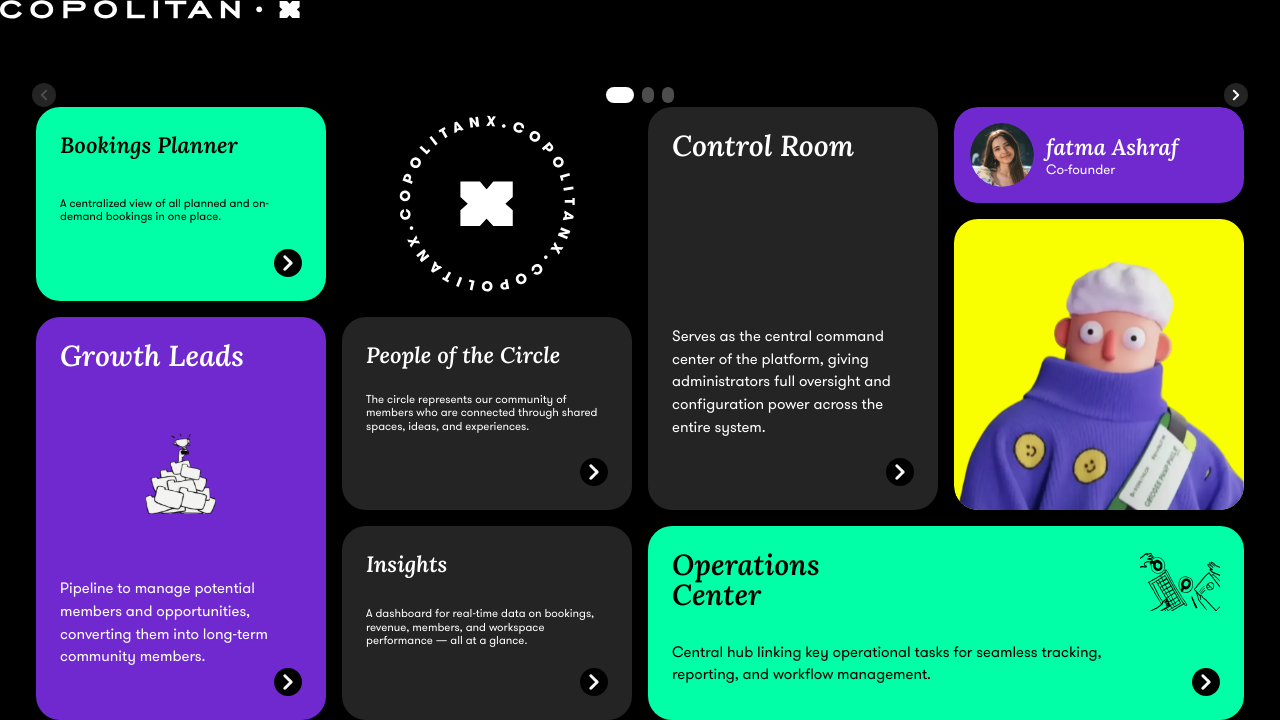
Repository: mohameddtalal/Copolitan-X
Page: /dashboard
The author's editor kept a copy of each file at every save. The page is drawn from the files as they stood at one save, then again after the next save.
The browser window is 1280 px wide. The pictures show the whole page.
The project was rebuilt for these pictures with package versions that can differ from the ones it lists, and the page was loaded fresh each time. The framework's server and built-in components were replaced by stand-ins that run in the browser. Also part of the build but not shown: next.config.ts.

Above is the page before, as saved 2026-02-10 14:46:45.

### src/app/layout.tsx
import type { Metadata } from "next";
import { Geist, Geist_Mono } from "next/font/google";
import "./globals.css";
import Navbar from "@/components/Navbars/NavbarDynamic";
import { NavProvider } from "@/components/Context/Navcontext";

const geistSans = Geist({
  variable: "--font-geist-sans",
  subsets: ["latin"],
});

const geistMono = Geist_Mono({
  variable: "--font-geist-mono",
  subsets: ["latin"],
});

export const metadata: Metadata = {
  title: "Create Next App",
  description: "Generated by create next app",
};

export default function RootLayout({
  children,
}: Readonly<{
  children: React.ReactNode;
}>) {
  return (
    <html lang="en">
      <body
        className={`${geistSans.variable} ${geistMono.variable} antialiased  w-full flex flex-col m-0 p-0`}
      >

        <NavProvider>
          <div className="flex-shrink-0">
            <Navbar />
          </div>
          <div className="flex-1 overflow-auto w-full">
            {children}
          </div>
        </NavProvider>

      </body>
    </html>
  );
}

### src/app/(pages)/dashboard/page.tsx

'use client';

import BentoGrid from "@/components/BentoGrid/BentoGrid";





export default function DashboardPage() {
  return (
      <>
        <BentoGrid/>
      </>
  );
}

### src/app/globals.css
@import "tailwindcss";



:root {
  --background: #000000;
  --foreground: #ffffff;
  --green: #00ffa6;
}



@theme inline {
  --color-background: var(--background);
  --color-foreground: var(--foreground);
}

@media (prefers-color-scheme: dark) {
  :root {
    --background: #000000;
    --foreground: #ffffff;
  }
}

/* GT Walsheim */
@font-face {
  font-family: "GT Walsheim";
  src: url("/fonts/GT-Walsheim-Pro-Light.ttf") format("truetype");
  font-weight: 300;
  font-style: normal;
  font-display: swap;
}

@font-face {
  font-family: "GT Walsheim";
  src: url("/fonts/GT-Walsheim-Pro-Regular.ttf") format("truetype");
  font-weight: 400;
  font-style: normal;
  font-display: swap;
}

@font-face {
  font-family: "GT Walsheim";
  src: url("/fonts/GT-Walsheim-Pro-Medium.ttf") format("truetype");
  font-weight: 500;
  font-style: normal;
  font-display: swap;
}

@font-face {
  font-family: "GT Walsheim";
  src: url("/fonts/GT-Walsheim-Pro-Bold.ttf") format("truetype");
  font-weight: 700;
  font-style: normal;
  font-display: swap;
}

@font-face {
  font-family: "GT Walsheim";
  src: url("/fonts/GT-Walsheim-Pro-Ultra-Bold.ttf") format("truetype");
  font-weight: 800;
  font-style: normal;
  font-display: swap;
}

@font-face {
  font-family: "GT Walsheim";
  src: url("/fonts/GT-Walsheim-Pro-Ultra-Bold-Oblique.ttf") format("truetype");
  font-weight: 800;
  font-style: italic;
  font-display: swap;
}

@font-face {
  font-family: "Lora";
  src: url("/fonts/Lora-Italic.ttf") format("truetype");
  font-weight: 400;
  font-style: italic;
  font-display: swap;
}

@font-face {
  font-family: "Lora";
  src: url("/fonts/Lora-MediumItalic.ttf") format("truetype");
  font-weight: 500;
  font-style: italic;
  font-display: swap;
}

@font-face {
  font-family: "Lora";
  src: url("/fonts/Lora-SemiBoldItalic.ttf") format("truetype");
  font-weight: 600;
  font-style: italic;
  font-display: swap;
}

@font-face {
  font-family: "Lora";
  src: url("/fonts/Lora-BoldItalic.ttf") format("truetype");
  font-weight: 700;
  font-style: italic;
  font-display: swap;
}

body {
  background: var(--background);
  color: var(--foreground);
  font-family:
    "GT Walsheim",
    "Lora",
}

.font-gtwalsheim {
  font-family: "GT Walsheim";
  font-weight: 400;
}

.font-lora {
  font-family: "Lora";
}

.lora-semibold-italic {
  font-family: "Lora";
  font-weight: 600;
  font-style: italic;
}



.title-lg {
  font-size: clamp(1.125rem, 0.8571rem + 1.1905vw, 2rem);
  line-height: 30px;
}

.desc-lg {
  font-size: clamp(0.75rem, 0.6735rem + 0.3401vw, 1rem);
}

.title-md {
  font-size: clamp(1rem, 0.8469rem + 0.6803vw, 1.5rem);
  line-height: clamp(1.375rem, 1.1837rem + 0.8503vw, 2rem);
}

.desc-md {
  font-size: clamp(0.75rem, 0.7117rem + 0.1701vw, 0.875rem);
  line-height: clamp(0.75rem, 0.7117rem + 0.1701vw, 0.875rem);
}

.title-sm {
  font-size: clamp(1rem, 0.8469rem + 0.6803vw, 1.5rem);
  line-height: clamp(1.375rem, 1.1837rem + 0.8503vw, 2rem);
}

.desc-sm {
  font-size: clamp(0.625rem, 0.5867rem + 0.1701vw, 0.75rem);
  line-height: clamp(0.75rem, 0.7117rem + 0.1701vw, 0.875rem);
}
@media (min-height: 670px) {
body,html{
height: 100%;
}
}


/* width */
::-webkit-scrollbar {
  width: 8px;
  height: 8px;
}

/* Track */
::-webkit-scrollbar-track {
  background: transparent;
}

/* Handle */
::-webkit-scrollbar-thumb {
  background-color: #555;
  border-radius: 9999px;
  border: 2px solid transparent;
  background-clip: content-box;
}

/* Handle on hover */
::-webkit-scrollbar-thumb:hover {
  background-color: #777;
}

/* Flip Card Styles */
.perspective-1000 {
  perspective: 1000px;
}

.flip-wrapper {
  width: 100%;
  height: 100%;
  position: relative;
  transform-style: preserve-3d;
  transition: transform 0.6s;
  cursor: pointer;
}

.group:hover .flip-wrapper {
  transform: rotateY(180deg);
}

.flip-front,
.flip-back {
  backface-visibility: hidden;
  position: absolute;
  top: 0;
  left: 0;
  width: 100%;
  height: 100%;
}

.flip-front {
  z-index: 2;
  transform: rotateY(0deg);
}

.flip-back {
  transform: rotateY(180deg);
}

.card-button {
  padding: 8px 16px;
  border-radius: 9999px;
  font-size: 14px;
  font-weight: 500;
  border: none;
  cursor: pointer;
  display: flex;
  align-items: center;
  justify-content: center;
}

.card-back-scroller {
  flex: 1;
  overflow-y: auto;
  margin-top: auto;
}

### src/components/Navbars/NavbarDynamic.tsx
"use client";
import { useRouter } from "next/navigation";
import Link from "next/link";
import Image from "next/image";
import { useState } from "react";
import { useNav } from "@/components/Context/Navcontext";

const Navbar = () => {
  const [isSearchOpen, setIsSearchOpen] = useState(false);
  const [searchText, setSearchText] = useState("");
  const { selectedTitle, selectedButton } = useNav();
  const router = useRouter();
  const handleSearch = () => {
    setIsSearchOpen((prev) => !prev); // toggle input
  };
  return (
    <nav className="navbar ">
      <div className="row">
        <Link href="/dashboard">
          <div className="logo">
            <Image
              src="/navbar/Layer_1.svg"
              alt="LogoImage"
              className="logo-img"
              width={301}
              height={19}
            />
          </div>
        </Link>
        <div className="nav-inside">
          <div
            className=""
            style={{ marginBottom: "0px", color: "var(--black)" }}
          >
            <p>{selectedTitle}</p>
          </div>
          <div
            className=""
            style={{
              marginTop: "0px",
              color: "var(--black)",
              fontSize: "16px",
            }}
          >
            <p>{selectedButton}</p>
          </div>
        </div>
        <div className="navItems" style={{ position: "relative" }}>
          {isSearchOpen && (
            <input
              type="text"
              className="search-input"
              placeholder="Search..."
              value={searchText}
              onChange={(e) => setSearchText(e.target.value)}
              autoFocus
            />
          )}
          <div className="search">
            <button
              className="search"
              style={{ zIndex: 10, cursor: "pointer" }}
              onClick={handleSearch}
            >
              <Image
                className="search-img"
                src="/navbar/search.svg"
                alt="search"
                width={18}
                height={18}
              />
            </button>
            {/* Search input (show only if open) */}
          </div>
          <div className="line"></div>
          <div className="notifications">
            <button
              className="notification"
              style={{ cursor: "pointer" }}
              onClick={() => router.push("/notificationPage")}
            >
              <Image
                className="notification-img"
                src="/navbar/notification.svg"
                alt="notification"
                width={21}
                height={21}
              />
            </button>
          </div>
          <div className="line"></div>
          <div className="quote">
            <Image
              src="/navbar/quote.svg"
              alt="quote"
              width={14}
              height={13}
              className="quote-img"
            />
          </div>
        </div>
      </div>
    </nav>
  );
};

export default Navbar;

### src/components/Context/Navcontext.tsx
"use client";

import { createContext, useContext, useState } from "react";

const NavContext = createContext<any>(null);

export function NavProvider({ children }: { children: React.ReactNode }) {
  const [selectedTitle, setSelectedTitle] = useState("");
  const [selectedButton, setSelectedButton] = useState("");

  return (
    <NavContext.Provider
      value={{ selectedTitle, setSelectedTitle, selectedButton, setSelectedButton }}
    >
      {children}
    </NavContext.Provider>
  );
}

export function useNav() {
  return useContext(NavContext);
}

### src/components/BentoGrid/BentoGrid.tsx
import React, { useState } from 'react';
import { motion } from 'framer-motion';
import Navigation from '../Navigation/Navigation';
import PageContainer from '../PageContainer/PageContainer';
import BadgeCard from '../BadgeCard/BadgeCard';

const BentoGrid = () => {
    const [currentPage, setCurrentPage] = useState(0);

    // Dummy data for cards - 3 pages × 12 cards each
    const pages = [
        // Page 1
        [
            { id: 1, title: "Bookings Planner", description: "A centralized view of all planned and on-demand bookings in one place.", color: "bg-[var(--green)]", span: "col-span-1 row-span-1", flippable: true },
            { id: 2, title: "", description: "", color: "bg-[var(--background)]", span: "col-span-1 row-span-1", image: "/cards/CIRCULAR TEXT.svg" },
            { id: 3, title: "Control Room", description: "Serves as the central command center of the platform, giving administrators full oversight and configuration power across the entire system.", color: "bg-[#242424]", span: "col-span-1 row-span-2", flippable: true },
            { id: 4, title: "fatma Ashraf", description: "Co-founder", color: "bg-[var(--background)]", span: "col-span-1 row-span-2", isSplit: true, profileImage: "/cards/profile.svg", characterImage: "/cards/character.svg" },
            { id: 5, title: "Growth Leads", description: "Pipeline to manage potential members and opportunities, converting them into long-term community members.", color: "bg-[#7029CF]", span: "col-span-1 row-span-2", cardImage: "/cards/card5.svg", layoutType: "column" },
            { id: 6, title: "People of the Circle", description: "The circle represents our community of members who are connected through shared spaces, ideas, and experiences.", color: "bg-[#242424]", span: "col-span-1 row-span-1" },
            { id: 7, title: "Insights", description: "A dashboard for real-time data on bookings, revenue, members, and workspace performance — all at a glance.", color: "bg-[#242424]", span: "col-span-1 row-span-1" },
            { id: 8, title: "Operations \nCenter", description: "Central hub linking key operational tasks for seamless tracking, reporting, and workflow management.", color: "bg-[var(--green)]", span: "col-span-2 row-span-1", cardImage: "/cards/card8.svg", layoutType: "row" },
        ],
        // Page 2
        [
            { id: 9, title: "Partnerships Network", description: "Oversee and manage all partnerships, deals, and strategic collaborations", color: "bg-[#FFD3D2]", span: "col-span-1 row-span-1", flippable: true },
            { id: 2, title: "", description: "", color: "bg-[var(--background)]", span: "col-span-1 row-span-1", image: "/cards/CIRCULAR TEXT.svg" },
            { id: 10, title: "Security \nControl", description: "Serves as the central command center of the platform, giving administrators full oversight and configuration power across the entire system.", color: "bg-[#242424]", span: "col-span-1 row-span-2", cardImage: "/cards/card11.svg", layoutType: "column" },
            { id: 4, title: "fatma Ashraf", description: "Co-founder", color: "bg-[var(--background)]", span: "col-span-1 row-span-2", isSplit: true, profileImage: "/cards/profile.svg", characterImage: "/cards/character.svg" },
            { id: 11, title: "Finance Center", description: "A control panel for streamlined financial records and insights collaborations.", color: "bg-[#242424]", span: "col-span-1 row-span-2" },
            { id: 12, title: "Experience& \nEngagement Lab", description: "A tools lab that drives engagement and growth where experience is refined and elevated.", color: "bg-[#242424]", span: "col-span-1 row-span-1" },
            { id: 13, title: "Data Hub", description: "A streamlined repository for all data collect, analyze, and access key metrics to drive informed decisions.", color: "bg-[#242424]", span: "col-span-1 row-span-1" },
            { id: 14, title: "Facility \nManagement ", description: "Central hub linking key operational tasks for seamless tracking, reporting, and workflow management.", color: "bg-[#242424]", span: "col-span-2 row-span-1", cardImage: "/cards/card15.svg", layoutType: "row" },
        ],
        // Page 3
        [
            { id: 15, title: "Data Hub", description: "A streamlined repository for all data collect, analyze, and access key metrics to drive informed decisions.", color: "bg-[#FFD3D2]", span: "col-span-1 row-span-1", flippable: true },
            { id: 2, title: "", description: "", color: "invisible pointer-events-none", span: "col-span-1 row-span-1", image: "/cards/CIRCULAR TEXT.svg" },
            { id: 10, title: "Security \nControl", description: "Serves as the central command center of the platform, giving administrators full oversight and configuration power across the entire system.", color: "invisible pointer-events-none", span: "col-span-1 row-span-2", cardImage: "/cards/card11.svg", layoutType: "column" },
            { id: 4, title: "fatma Ashraf", description: "Co-founder", color: "bg-[var(--background)]", span: "col-span-1 row-span-2", isSplit: true, profileImage: "/cards/profile.svg", characterImage: "/cards/character.svg" },
            { id: 11, title: "Finance Center", description: "A control panel for streamlined financial records and insights collaborations.", color: "invisible pointer-events-none", span: "col-span-1 row-span-2" },
            { id: 12, title: "Experience& \nEngagement Lab", description: "A tools lab that drives engagement and growth where experience is refined and elevated.", color: "invisible pointer-events-none", span: "col-span-1 row-span-1" },
            { id: 13, title: "Data Hub", description: "A streamlined repository for all data collect, analyze, and access key metrics to drive informed decisions.", color: "invisible pointer-events-none", span: "col-span-1 row-span-1" },
            { id: 14, title: "Facility \nManagement ", description: "Central hub linking key operational tasks for seamless tracking, reporting, and workflow management.", color: "invisible pointer-events-none", span: "col-span-2 row-span-1", cardImage: "/cards/card15.svg", layoutType: "row" },
        ],



    ];
    const nextPage = () => {
        if (currentPage < pages.length - 1) {
            setCurrentPage(currentPage + 1);
        }
    };

    const prevPage = () => {
        if (currentPage > 0) {
            setCurrentPage(currentPage - 1);
        }
    };

    return (
        <div className="w-full h-full  px-1 sm:px-1 md:px-2 lg:px-3 xl:px-5 flex flex-col overflow-hidden">
            {/* Navigation Section */}
            <Navigation
              currentPage={currentPage}
              pages={pages}
              setCurrentPage={setCurrentPage}
              totalPages={pages.length}
              onPrev={prevPage}
              onNext={nextPage}
            />

            {/* Grid Container */}
            <div className="flex-1 overflow-hidden w-full min-h-0">
                <div
                    className="flex h-full w-full transition-transform duration-1000 ease-[cubic-bezier(0.16,1,0.3,1)]"
                    style={{ transform: `translateX(-${currentPage * 100}%)` }}
                >
                    {pages.map((page, pageIndex) => (
                        <PageContainer key={pageIndex}>
                            {page.map((card) => (
                                <BadgeCard key={card.id} card={card} />
                            ))}
                        </PageContainer>
                    ))}
                </div>
            </div>


        </div>
    );
};

export default BentoGrid;

### src/components/Navigation/Navigation.tsx
import React from 'react';

export default function Navigation({
  currentPage,
  totalPages,
  setCurrentPage,
  pages,
  onPrev,
  onNext,
}: {
  currentPage: number;
  totalPages: number;
  setCurrentPage:Function,
  pages:any[],
  onPrev: () => void;
  onNext: () => void;
}) {
  return (
    <div className="flex items-center justify-between  shrink-0 px-1 sm:px-1 md:px-1 lg:px-2 xl:px-3  ">
      <div className="flex  justify-between w-full items-center">
        <button
          onClick={onPrev}
          disabled={currentPage === 0}
          className={`rounded-full  transition-all ${
            currentPage === 0 ? 'cursor-not-allowed' : 'cursor-pointer'
          }`}
        >
          <img
            src={currentPage === 0 ? "/cards/DimmedLeft.svg" : "/cards/Left.svg"}
            alt="Previous"
            className="w-3 h-3 sm:w-4 sm:h-4 lg:w-6 lg:h-6"
          />
        </button>
   {/* Page Indicators */}
            <div className="flex justify-center gap-2 shrink-0 ">
                {pages.map((_, index) => (
                    <button
                        key={index}
                        onClick={() => setCurrentPage(index)}
                        className={`h-4 cursor-pointer rounded-full transition-all ${currentPage === index ? 'w-5 sm:w-7 bg-white' : 'w-3 bg-white/30'
                            }`}
                    />
                ))}
            </div>
        <button
          onClick={onNext}
          disabled={currentPage === totalPages - 1}
          className={`rounded-full transition-all   ${
            currentPage === totalPages - 1 ? 'cursor-not-allowed' : 'cursor-pointer'
          }`}
        >
          <img
            src={currentPage === totalPages - 1 ? "/cards/DimmedRight.svg" : "/cards/Right.svg"}
            alt="Next"
            className="w-3 h-3 sm:w-4 sm:h-4 lg:w-6 lg:h-6"
          />
        </button>
      </div>
    </div>
  );
}

### src/components/PageContainer/PageContainer.tsx
export default function PageContainer({ children }: { children: React.ReactNode }) {


    return (
        <div className="min-w-full h-full px-1.5 sm:px-2 md:px-2 lg:px-3 xl:px-4 flex items-center justify-center ">
            <div className="grid grid-cols-4 grid-rows-3 gap-2 sm:gap-3 lg:gap-4 w-full h-full auto-rows-fr relative">
                {children}
            </div>
        </div>
    )
}

### src/components/BadgeCard/BadgeCard.module.css

.card-3,
.card-10,
.card-11 {
  display: flex;
  height: 100%;
  flex-direction: column;
  justify-content: space-between;
  padding-bottom: 20px;
}

.card-1,
.card-15,
.card-9 {
  display: flex;
  height: 100%;
  flex-direction: column;
  justify-content: space-between;
  padding-bottom: 25px;
}

.card-13,
.card-7 {
  display: flex;
  height: 100%;
  flex-direction: column;
  justify-content: space-between;
  padding-bottom: 20px;
}
.card-6,
.card-12 {
  display: flex;
  height: 100%;
  flex-direction: column;
  justify-content: space-between;
  padding-bottom: 25px;
}

.card-8,
.card-10,
.card-14 {
  display: flex;
  height: 100%;
  flex-direction: column;
  justify-content: space-between;
  padding-bottom: 10px;
}

.card-icon-8,
.card-icon-14,
.card-icon-12 {
  position: absolute;
  right: 24px;
  bottom: 24px;
}

.card-image-4{
  height: 100%;
}

Loaded but not shown: src/components/BadgeCard/BadgeCard.tsx (222 lines, source omitted)

After the next save:
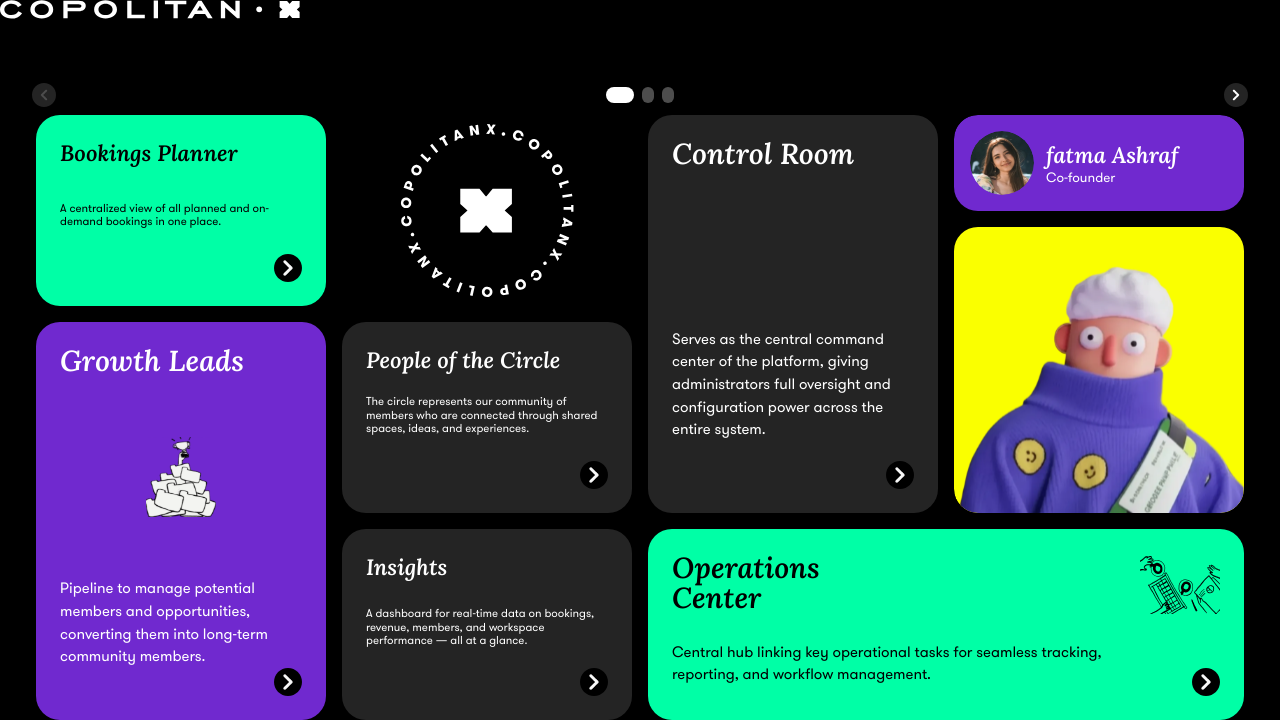
Saved 2 min 23 s later.
--- a/src/components/Navigation/Navigation.tsx
+++ b/src/components/Navigation/Navigation.tsx
@@ -17,7 +17,7 @@ export default function Navigation({
 }) {
   return (
     <div className="flex items-center justify-between  shrink-0 px-1 sm:px-1 md:px-1 lg:px-2 xl:px-3  ">
-      <div className="flex  justify-between w-full items-center">
+      <div className="flex  justify-between w-full items-center mb-2">
         <button
           onClick={onPrev}
           disabled={currentPage === 0}
